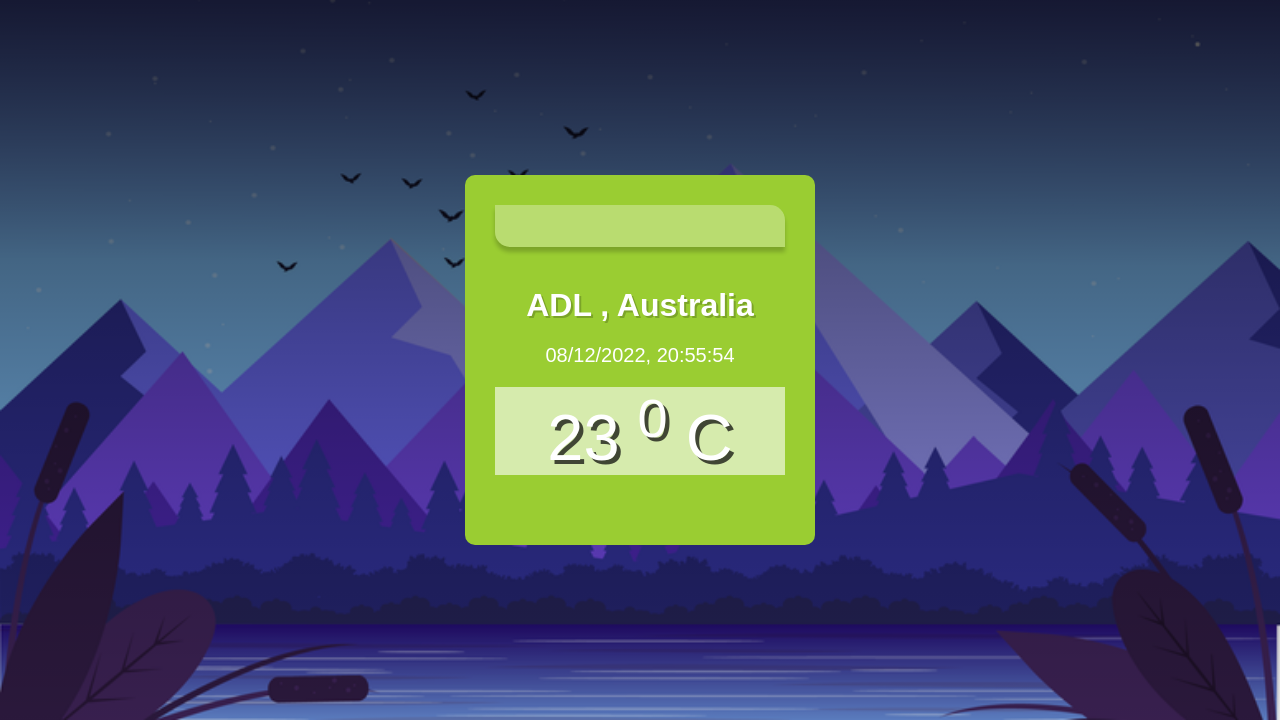
Repository: andrewhuynh561/weather-app-1
Page: index.html
These files come from the project's save history. The page is drawn as it stood at one moment and after the next save; the edit follows.
The browser window is 1280 px wide. The pictures show the whole page.

Above is the page before, as saved 2022-12-08 21:01:15.

After the next save:
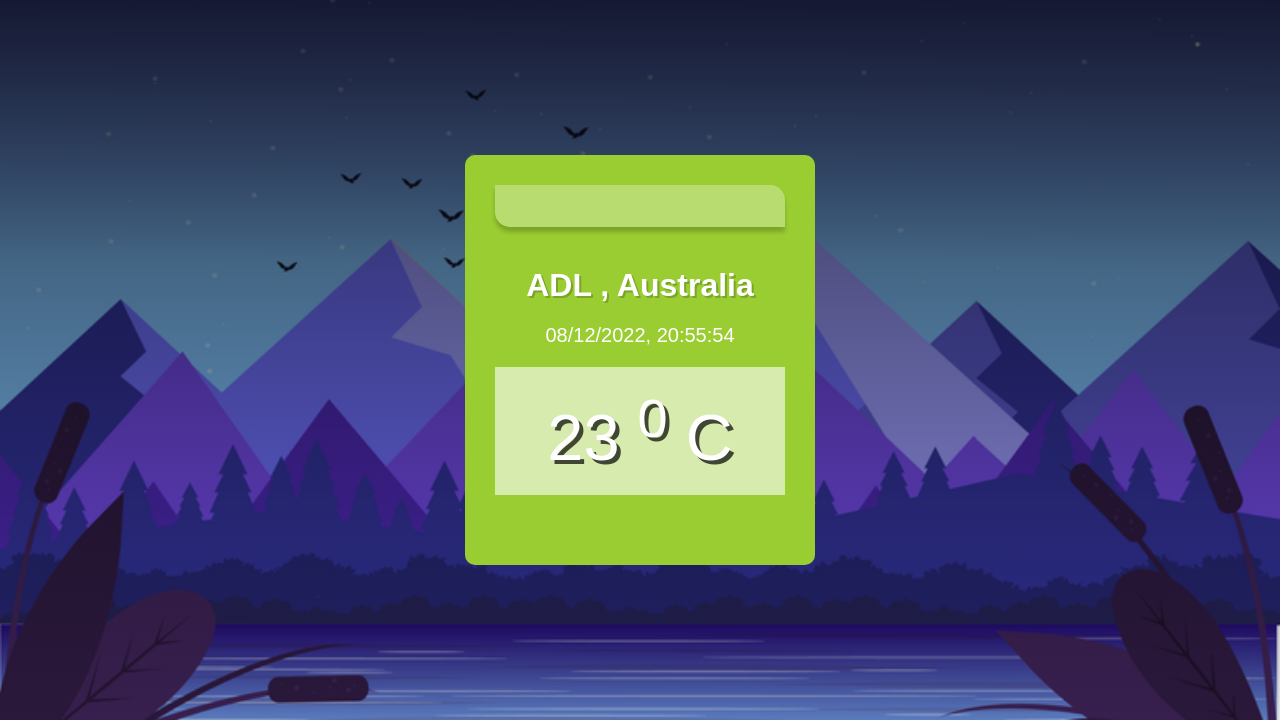
Saved 10 s later.
--- a/style.css
+++ b/style.css
@@ -50,5 +50,5 @@ body{
     font-size: 65px;
     text-shadow: 4px 4px rgba(0,0,0,0.7);
     background: rgba(255,255,255,0.6);
-    padding: auto;
+    padding: 20px ;
 }
